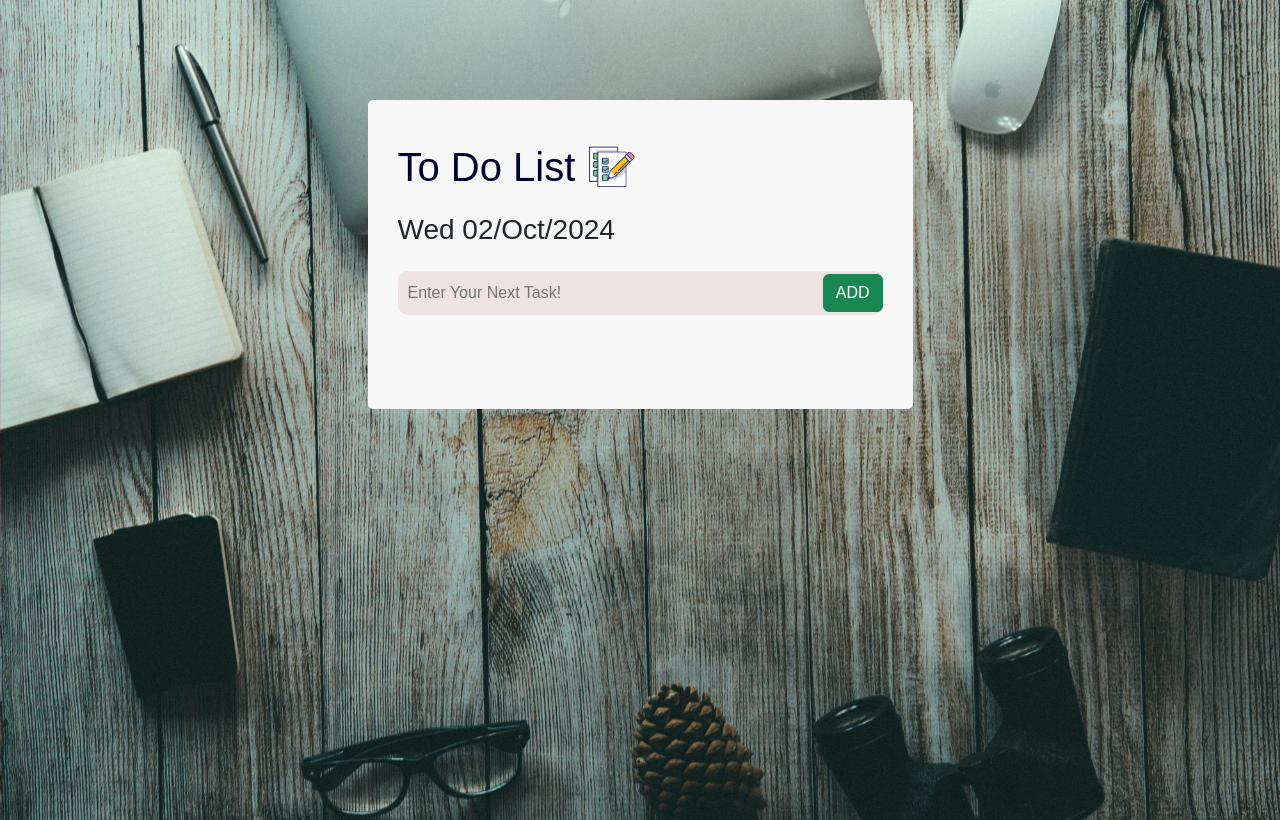
Repository: zeinawady/To_Do_List
Page: index.html
An editor plug-in stored every save of this project. The page is shown before and after a run of saves, followed by the edit.
The browser window is 1280 px wide. The pictures show the whole page.

Above is the page before, as saved 2024-10-02 02:24:25.

After the next 2 saves:
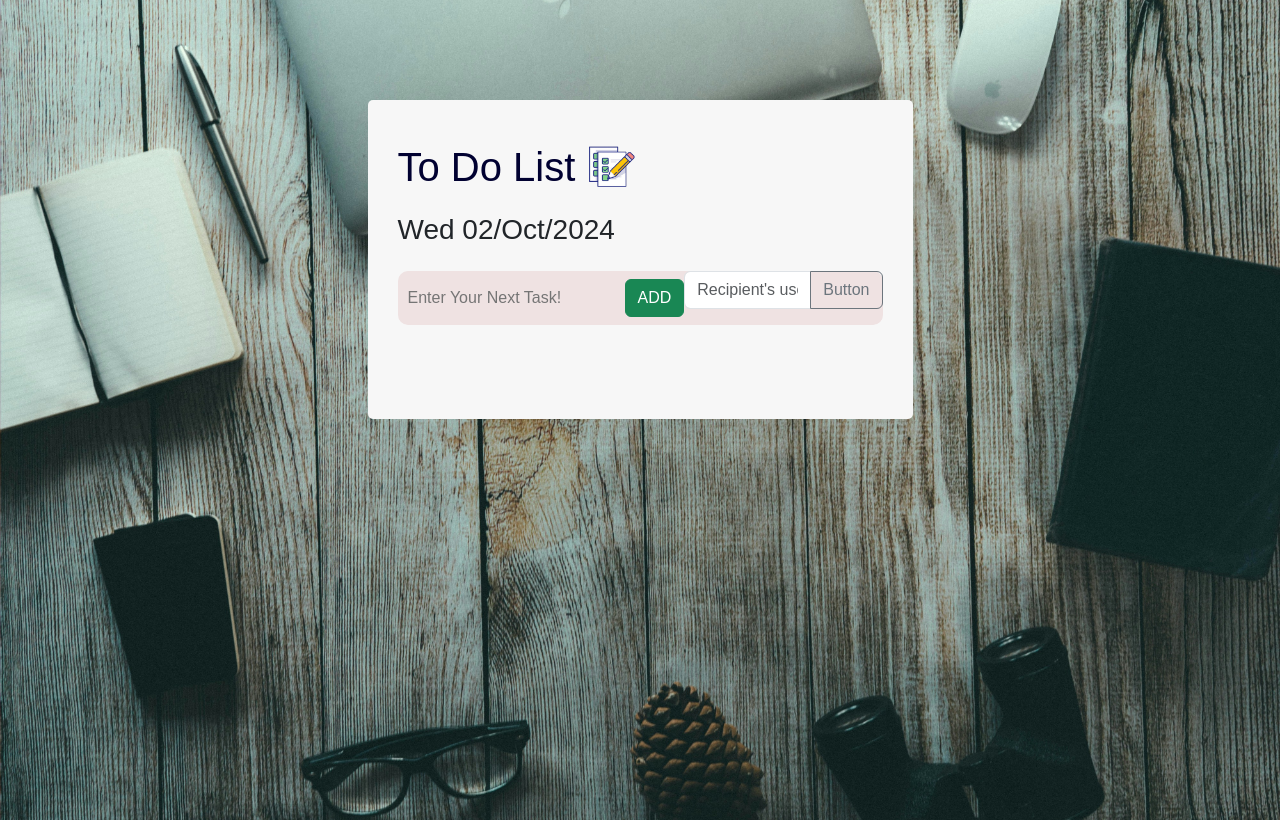
The 2 saves are shown as one change because they came seconds apart.
The last was saved 65 s later.
--- a/index.html
+++ b/index.html
@@ -18,6 +18,11 @@
             <div class="form d-flex align-items-center justify-content-between my-4">
                 <input class="input-Text" type="text" id="input-box" placeholder="Enter Your Next Task!">
                 <button class="btn btn-success" onclick="addTask()">ADD</button>
+                <div class="input-group mb-3">
+                    <input type="text" class="form-control" placeholder="Recipient's username" aria-label="Recipient's username" aria-describedby="button-addon2">
+                    <button class="btn btn-outline-secondary" type="button" id="button-addon2">Button</button>
+                  </div>
+
             </div>
             <ul id="list-container">
                 <!-- <li class="checked">Task 0</li>
